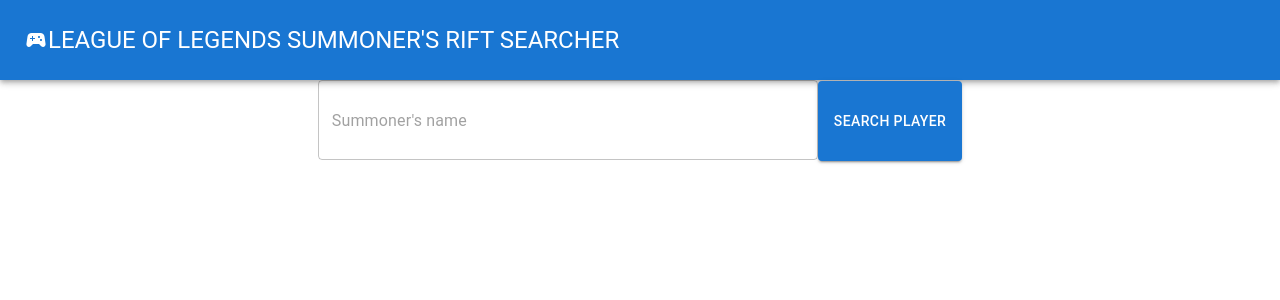
Repository: Mikerr21/League-Of-Legends-API
Page: /
The author's editor kept a copy of each file at every save. The page is drawn from the files as they stood at one save, then again after the next save.
The browser window is 1280 px wide. The pictures show the whole page.
The project was rebuilt for these pictures with package versions that can differ from the ones it lists, and the page was loaded fresh each time.

Above is the page before, as saved 2022-09-23 18:51:14.

After the next save:
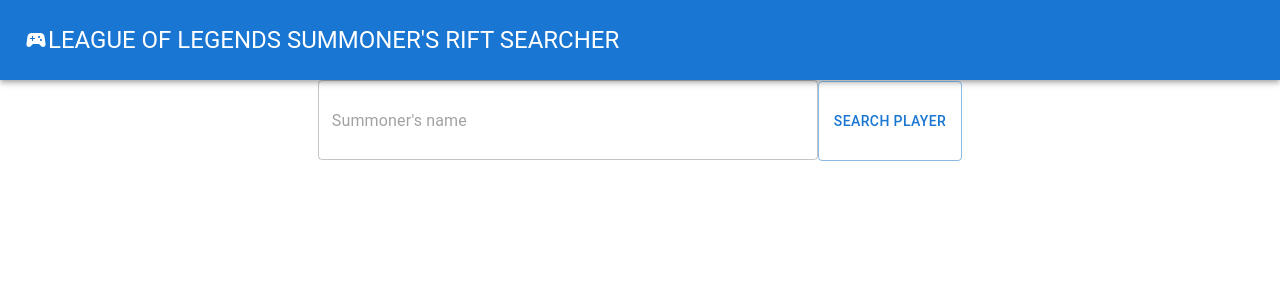
Saved 78 s later.
--- a/src/App.js
+++ b/src/App.js
@@ -30,7 +30,7 @@
 </AppBar>
 <Box>
 <OutlinedInput type="text" placeholder="Summoner's name" style={{height:'80px',width:"500px"}} ></OutlinedInput>
-<Button variant="contained" style={{height:'80px'}}>Search player</Button>
+<Button variant="outlined" style={{height:'80px'}}>Search player</Button>
 </Box>
     </div>
   );

After the save that followed:
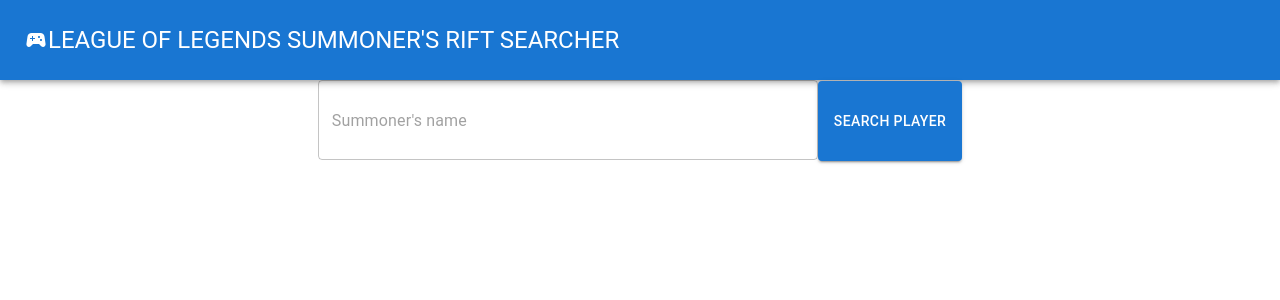
Saved 10 s later.
--- a/src/App.js
+++ b/src/App.js
@@ -30,7 +30,7 @@
 </AppBar>
 <Box>
 <OutlinedInput type="text" placeholder="Summoner's name" style={{height:'80px',width:"500px"}} ></OutlinedInput>
-<Button variant="outlined" style={{height:'80px'}}>Search player</Button>
+<Button variant="contained" style={{height:'80px'}}>Search player</Button>
 </Box>
     </div>
   );
